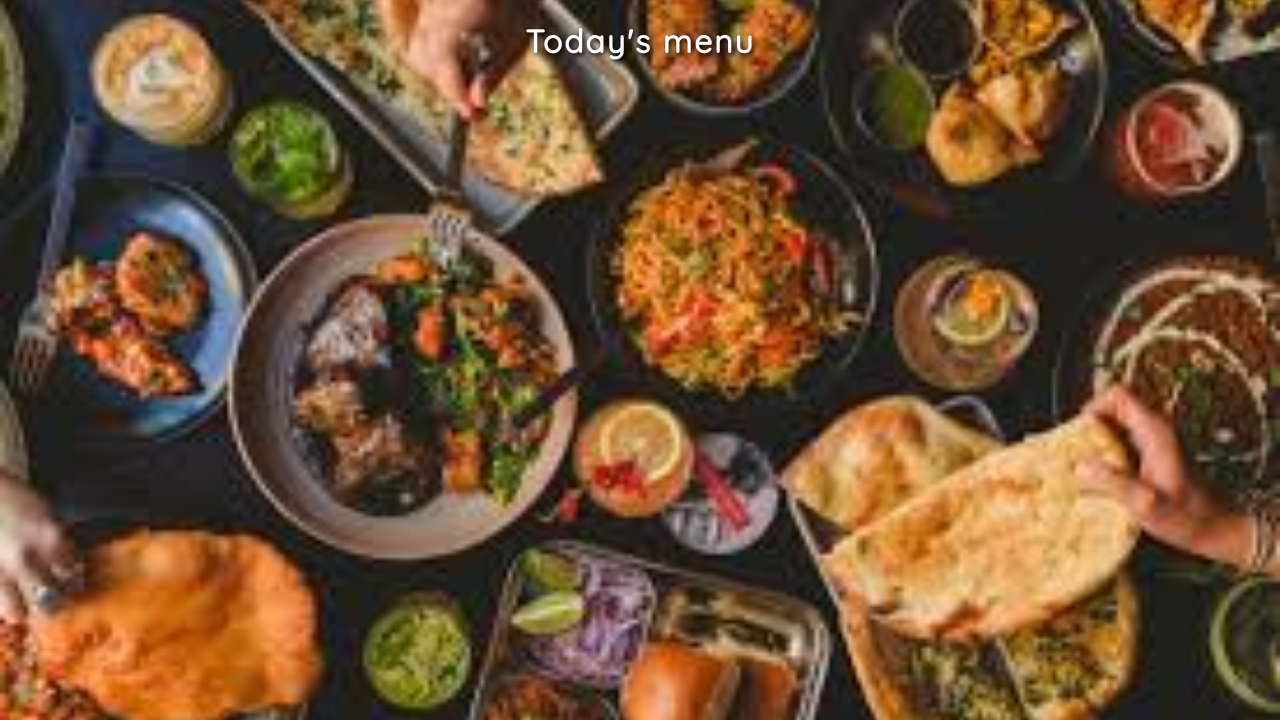
Repository: Anasooya2601/drag-and-drop
Page: index.html
The author's editor kept a copy of each file at every save. The page is drawn from the files as they stood at one save, then again after the next save.
The browser window is 1280 px wide. The pictures show the whole page.

Above is the page before, as saved 2021-02-05 01:15:53.

After the next save:
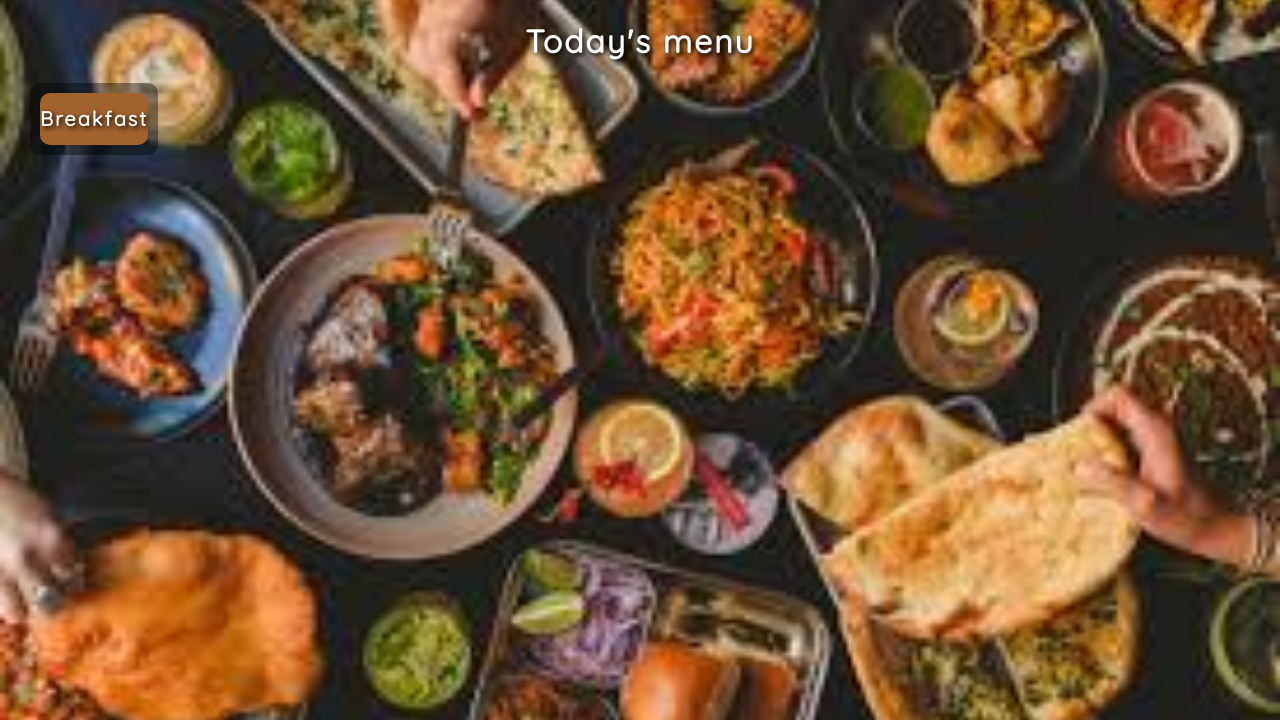
Saved 3 min 45 s later.
--- a/index.html
+++ b/index.html
@@ -9,6 +9,16 @@
 </head>
 <body>
     <h1 class="main-title">Today's menu</h1>
+    <div class="drag-container">
+        <ul class="drag-list">
+<!-- breakfast column -->
+<li class="drag-column backlog-column">
+    <span class="header">
+        <h1>Breakfast</h1>
+    </span>
+</li>
+        </ul>
+    </div>
     <!-- Script -->
     <script src="script.js"></script>
 </body>
